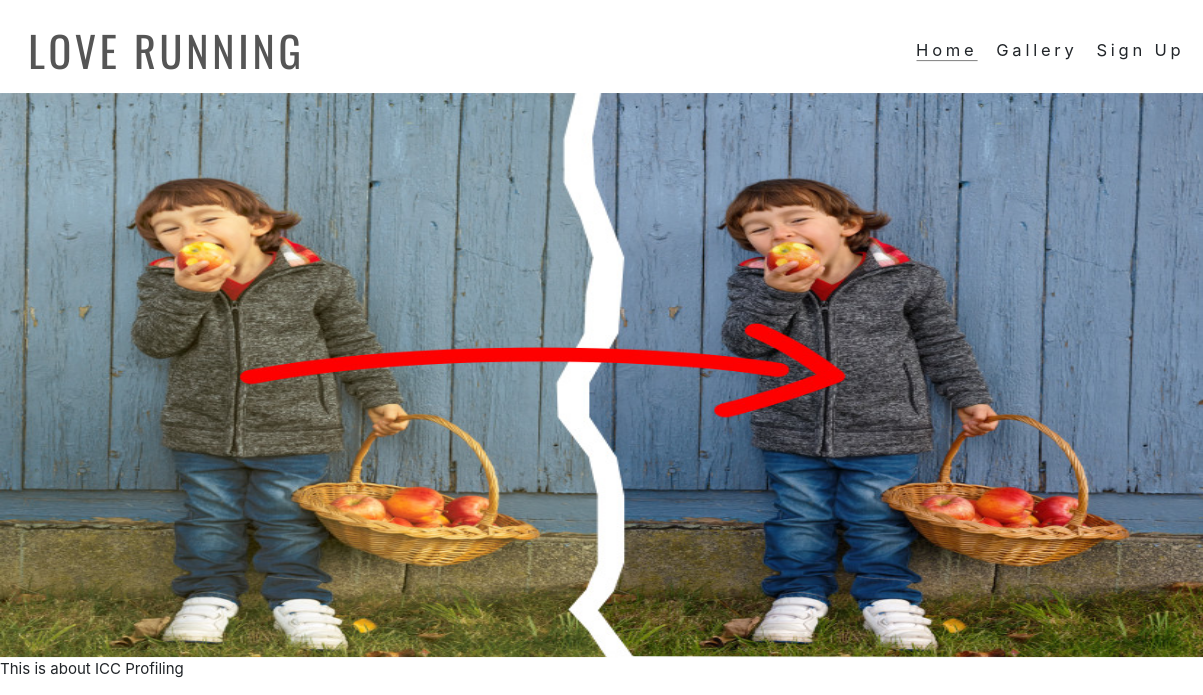
Repository: marks530/first_milestone
Page: index.html
The author's editor kept a copy of each file at every save. The page is drawn from the files as they stood at one save, then again after the next save.
The browser window is 1280 px wide. The pictures show the whole page, at 94% of full size.
Some web libraries are served in a nearby version.

Above is the page before, as saved 2021-03-13 14:46:29.

After the next save:
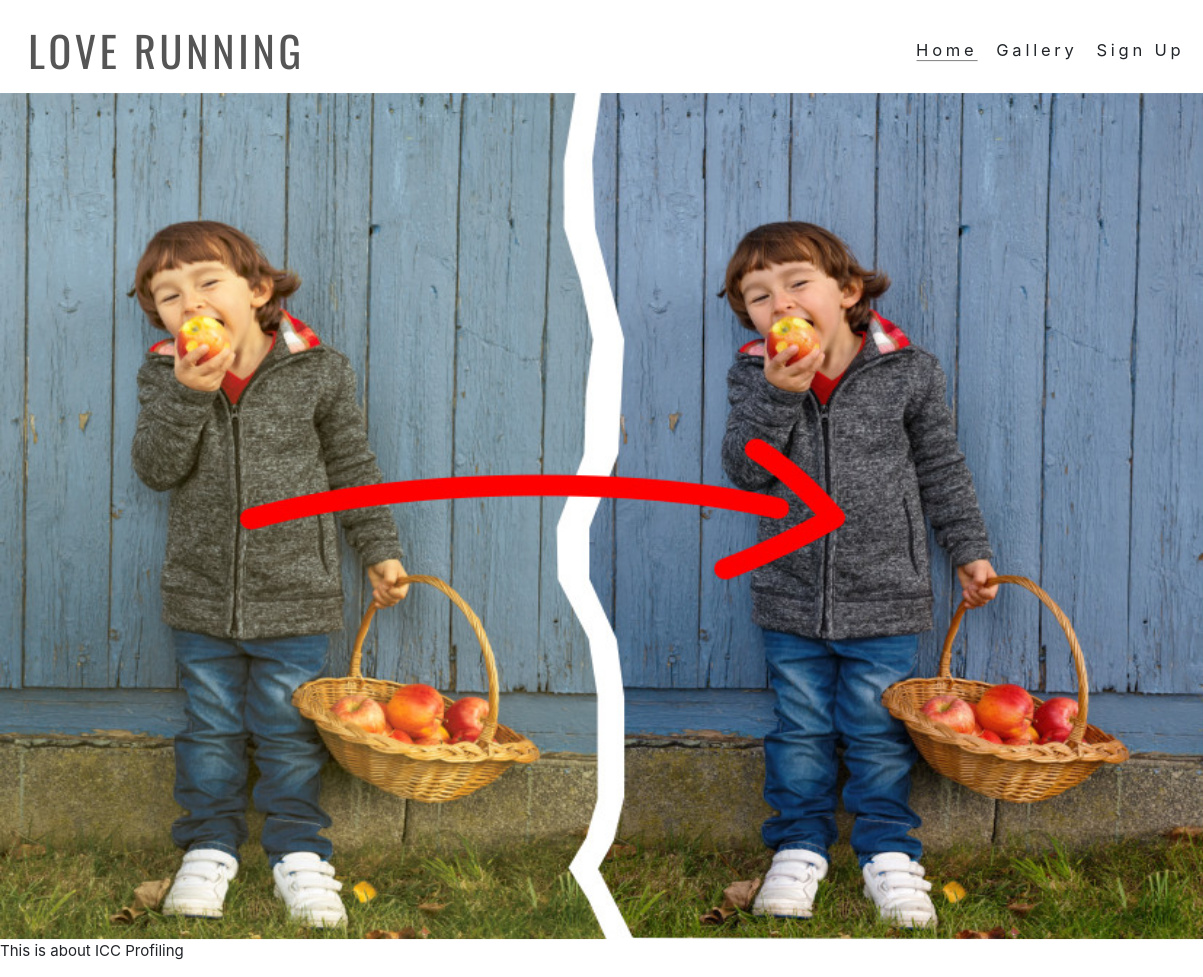
Saved 15 s later.
--- a/css/style.css
+++ b/css/style.css
@@ -52,7 +52,7 @@
 }
 
 div img {
-    height: 600px;
+    height: 900px;
     width: 100%;
 }
 
